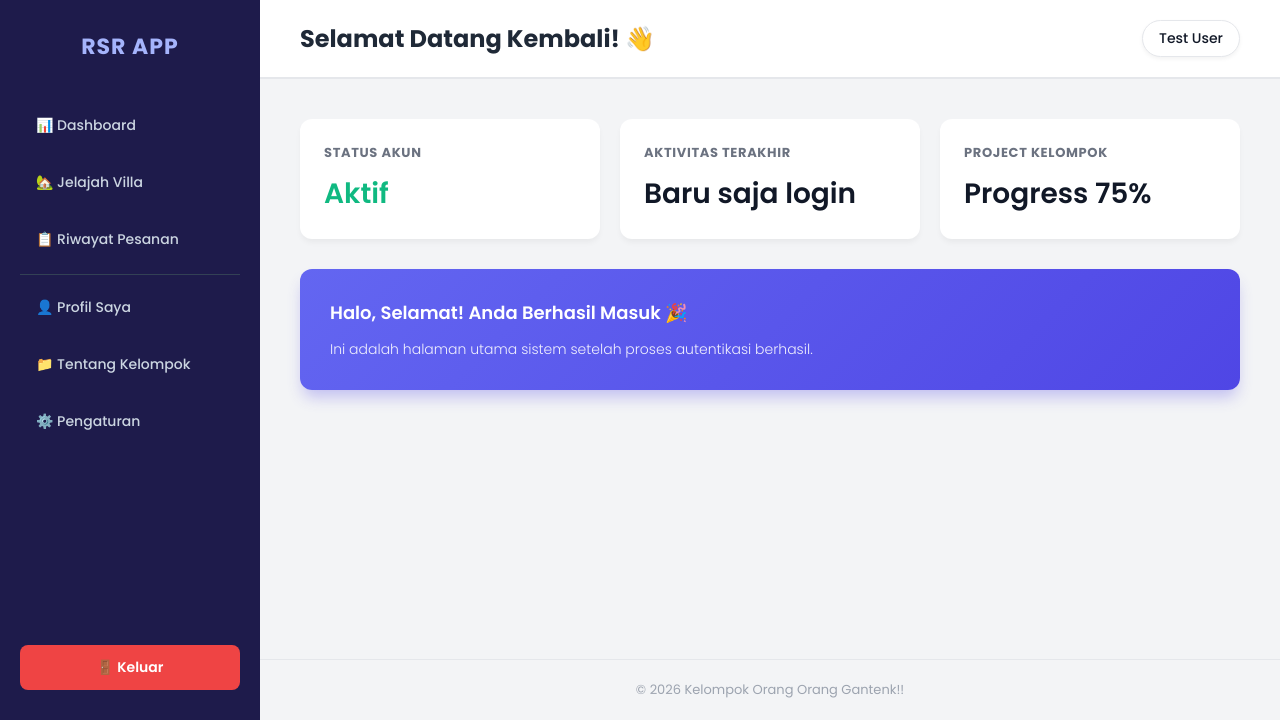
Repository: Risalagustian5/kelompok-rsr
Page: resources/views/user/dashboard.blade.php
The author's editor kept a copy of each file at every save. The page is drawn from the files as they stood at one save, then again after the next save.
The browser window is 1280 px wide. The pictures show the whole page.
The page is served by the project's Laravel application, run on PHP 8.4 with Laravel 12. A made-up administrator, Test User (test@example.com), is signed in. The template is opened directly, without the code that normally fills it, so the values that code supplies are empty.

Above is the page before, as saved 2026-07-12 20:21:54.

After the next save:
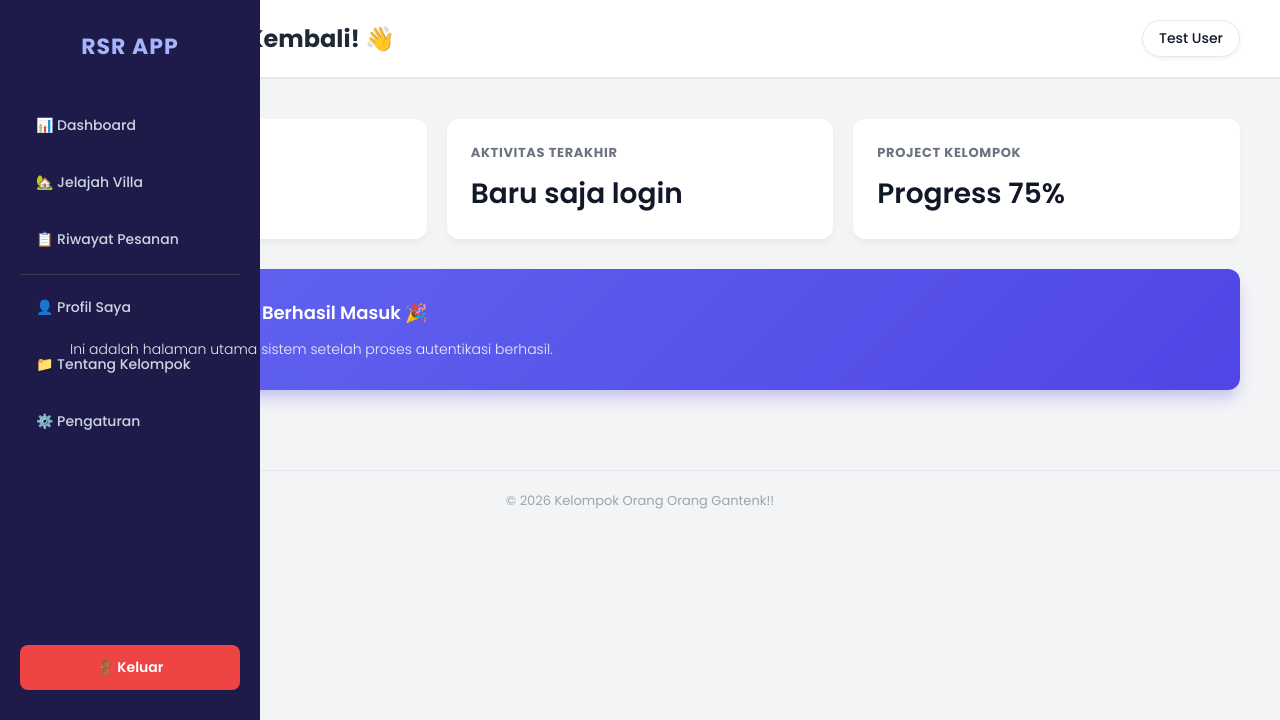
Saved 28 s later.
--- a/public/css/dashboard.css
+++ b/public/css/dashboard.css
@@ -146,14 +146,14 @@
 }
 
 /* ===== MAIN CONTENT ===== */
-.main-content {
+/* .main-content {
     margin-left: 260px;
     flex-grow: 1;
     display: flex;
     flex-direction: column;
     min-height: 100vh;
     animation: fadeInUp 0.6s ease;
-}
+} */
 
 @keyframes fadeInUp {
     from {

After the save that followed:
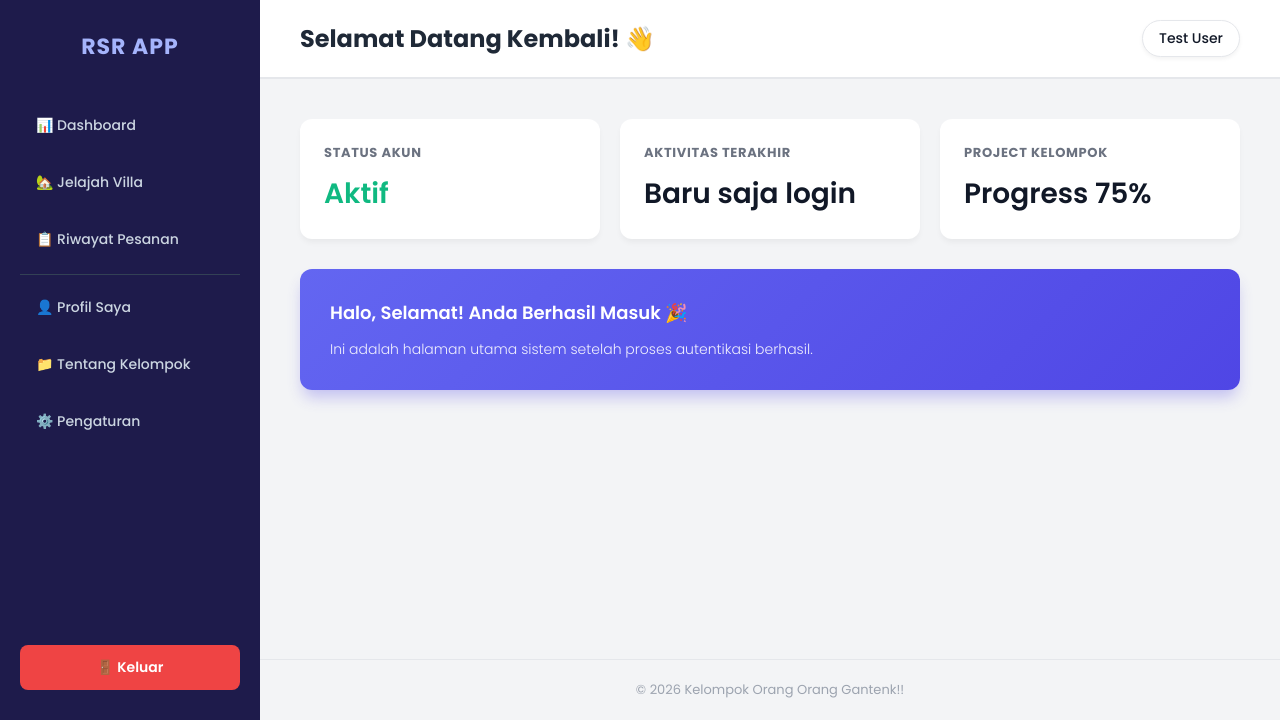
Saved 5 min 17 s later.
--- a/public/css/dashboard.css
+++ b/public/css/dashboard.css
@@ -15,10 +15,10 @@
 }
 
 /* ===== LAYOUT ===== */
-/* .dashboard-wrapper {
+.dashboard-wrapper {
     display: flex;
     min-height: 100vh;
-} */
+}
 
 /* ===== SIDEBAR ===== */
 .sidebar {
@@ -146,14 +146,14 @@
 }
 
 /* ===== MAIN CONTENT ===== */
-/* .main-content {
+.main-content {
     margin-left: 260px;
     flex-grow: 1;
     display: flex;
     flex-direction: column;
     min-height: 100vh;
     animation: fadeInUp 0.6s ease;
-} */
+}
 
 @keyframes fadeInUp {
     from {
